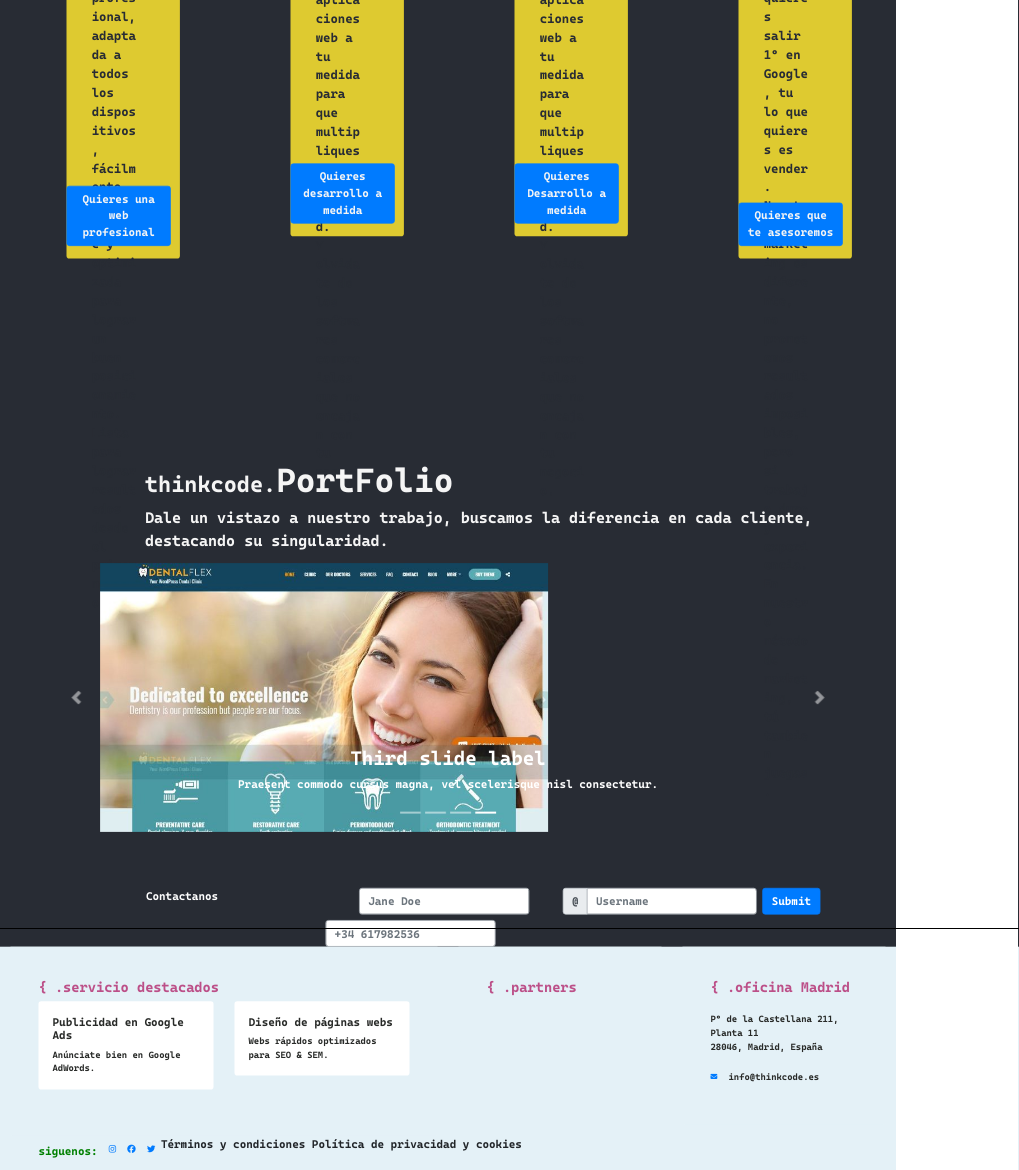
Repository: banchiec/thinkcode
Page: /
These files come from the project's save history. The page is drawn as it stood at one moment and after the next save; the edit follows.
The browser window is 1280 px wide. The page is 1455 px wide, so the pictures cover 1455 px, including what lies to the right of the window. The pictures show the part of the page from y = 1579 to 3259 px (the page is 3251 px tall before and 3259 px after), at 70% of full size.
Some web libraries are served in a nearby version. The project was rebuilt for these pictures with package versions that can differ from the ones it lists, and the page was loaded fresh each time. A package was used in the major version that the imports need, not the one package.json lists. Also part of the build but not shown: src/components/MenuItems.js, src/components/Dropdownthink.css, src/components/Dropdownthink.js, src/components/pages/Consulting.js, src/components/pages/ContactUs.js, src/components/pages/Marketing.js, src/components/pages/Products.js, src/components/pages/Services.js and 1 more. Imported but missing from the stored project, and not drawn on this page: src/components/sliderInfo/SliderInfo.

Above is the page before, as saved 2020-11-30 14:36:44.

### public/index.html
<!DOCTYPE html>
<html lang="en">
  <head>
    <meta charset="utf-8" />
    <link rel="icon" href="%PUBLIC_URL%/favicon.ico" />
    <meta name="viewport" content="width=device-width, initial-scale=1" />
    <meta name="theme-color" content="#000000" />
    <meta
      name="description"
      content="Web site created using create-react-app"
    />
    <link rel="apple-touch-icon" href="%PUBLIC_URL%/logo192.png" />

    <!-- fontawesome -->
    <script src="https://kit.fontawesome.com/e7a02c1b14.js" crossorigin="anonymous"></script>
    <!-- jquery -->
    <script src="https://code.jquery.com/jquery-2-2.0.min.js"></script>
    <!--
      manifest.json provides metadata used when your web app is installed on a
      user's mobile device or desktop. See https://developers.google.com/web/fundamentals/web-app-manifest/
    -->
    <link rel="manifest" href="%PUBLIC_URL%/manifest.json" />
    <!--
      Notice the use of %PUBLIC_URL% in the tags above.
      It will be replaced with the URL of the `public` folder during the build.
      Only files inside the `public` folder can be referenced from the HTML.

      Unlike "/favicon.ico" or "favicon.ico", "%PUBLIC_URL%/favicon.ico" will
      work correctly both with client-side routing and a non-root public URL.
      Learn how to configure a non-root public URL by running `npm run build`.
    -->
    <title>React App</title>
  </head>
  <body>
    <noscript>You need to enable JavaScript to run this app.</noscript>
    <div id="root"></div>
    <!--
      This HTML file is a template.
      If you open it directly in the browser, you will see an empty page.

      You can add webfonts, meta tags, or analytics to this file.
      The build step will place the bundled scripts into the <body> tag.

      To begin the development, run `npm start` or `yarn start`.
      To create a production bundle, use `npm run build` or `yarn build`.
    -->


  </body>
</html>

### src/index.css
body {
  margin: 0;
  font-family: -apple-system, BlinkMacSystemFont, 'Segoe UI', 'Roboto', 'Oxygen',
    'Ubuntu', 'Cantarell', 'Fira Sans', 'Droid Sans', 'Helvetica Neue',
    sans-serif;
  -webkit-font-smoothing: antialiased;
  -moz-osx-font-smoothing: grayscale;
}

code {
  font-family: source-code-pro, Menlo, Monaco, Consolas, 'Courier New',
    monospace;
}
@font-face{
  font-family: 'CascadiaCode-Bold';
  src: local('CascadiaCode-Bold'), url(./fonts/CascadiaCode-Bold.ttf)
}

### src/App.js
import './App.css';
// import logo_thinkcode from './logo_thinkcode.png'
import React, {} from 'react'
import 'animate.css'
import Navbarthink from './components/Navbarthink'
import InfoSection from './components/infoSection/InfoSection'
import Pricing from './components/pricing/Pricing'
import Footer from './components/footer/Footer'
import Slide from './components/slide/Slide'
import FormContact from './components/forms/FormContact'
import {BrowserRouter as Router, Switch, Route} from 'react-router-dom'


// import Button  from 'react-bootstrap/Button'
// import 'bootstrap/dist/css/bootstrap.min.css'

// import {Navbar,Button, Nav , NavLink} from 'react-bootstrap'

import Consulting from './components/pages/Consulting'
import ContactUs from './components/pages/ContactUs'
import Home from './components/pages/Home'
import Marketing from './components/pages/Marketing'
import Products from './components/pages/Products'
import Services from './components/pages/Services'
import SignUp from './components/pages/SignUp'
// import InfoSection from './components/infoSection/InfoSection';

function App() {

  // const [click, setClick] = useState(false)
  // const [dropdown, setDropdown] = useState(false)




  return (
    <div className="App">
      <Router>
        <Navbarthink/>
        <Switch>
          <Route path='/consulting' exact component ={Consulting}></Route>
          <Route path='/contact-us' exact component ={ContactUs}></Route>
          <Route path='/' exact component ={Home}></Route>
          <Route path='/marketing' exact component ={Marketing}></Route>
          <Route path='/products' exact component ={Products}></Route>
          <Route path='/services' exact component ={Services}></Route>
          <Route path='/sign-up' exact component ={SignUp}></Route>
        </Switch>
        <InfoSection></InfoSection>
        <Pricing></Pricing>
        <Slide/>
        <FormContact></FormContact>
        <Footer/>
      </Router>

    </div>
  );
}

export default App;

### src/App.css
*{
  box-sizing: border-box;
  margin: 0;
  padding: 0;
  font-family: CascadiaCode-Bold;
  /* background: #282c34 ; */
  /* background: linear-gradient(90deg, rgb(76, 80, 88) 100%, rgb(8, 8, 9) 0%); */
}

.App {
  text-align: center;
  background: #282c34 ;
}

.App-logo {
  height: 40vmin;
  pointer-events: none;
}

.home, .services, .products,.contact-us,.sign-up, .marketing, .consulting{
  display: flex;
  height: 90vh;
  align-items: center;
  justify-content: center;
  font-size: 3rem;
}





@media (prefers-reduced-motion: no-preference) {
  .App-logo {
    animation: App-logo-spin infinite 20s linear;
  }
}

.App-header {
  background-color: #282c34;
  min-height: 100vh;
  display: flex;
  flex-direction: column;
  align-items: center;
  justify-content: center;
  font-size: calc(10px + 2vmin);
  color: white;
}

.App-link {
  color: #61dafb;
}

@keyframes App-logo-spin {
  from {
    transform: rotate(0deg);
  }
  to {
    transform: rotate(360deg);
  }
}

### src/components/Navbarthink.js
import React, { useState} from 'react'
import logo_thinkcode from '../images/logo_thinkcode.png'
// import logo_thinkcode from '../images/logo_thinkcode.png'
import { Buttonthink} from './Buttonthink'
import {Link} from 'react-router-dom'
import './Navbarthink.css'
import Dropdownthink from './Dropdownthink'

export default function Navbarthink(){
    const [click, setClick] = useState(false)
    const [dropdown, setDropdown] = useState(false)

    const handleClick = () => setClick(!click)
    const closeMobileMenu = () => setClick(false)

    const onMouseEnter = () =>{
        if(window.innerWidth < 960) {
        setDropdown(false)
        } else {
        setDropdown(true)
        }
    }
    const onMouseLeave = () =>{
        if(window.innerWidth < 960) {
        setDropdown(false)
        } else {
        setDropdown(false)
        }
    }

    return(
        <>
            <nav className="navbarthink">
                <Link to='/' className="navbar-logo">
                    {/* thinkcode */}
                    <img alt="" src={logo_thinkcode} width="300" height="40"></img>
                </Link>
                <div className='menu-icon' onClick={handleClick}>
                    <i className={click ? 'fas fa-times' : 'fas fa-bars'}
                    />
                </div>
                <ul className={ click ? 'nav-menu active' : 'nav-menu'}>

                    <li className='nav-item'>
                        <Link to='/' className='nav-links' onClick={closeMobileMenu}>
                            Home
                        </Link>
                    </li>
                    <li className='nav-item'
                        onMouseEnter={onMouseEnter}
                        onMouseLeave={onMouseLeave}
                        // onClick={handleClick}
                        >
                        <Link to='/services' className='nav-links' onClick={closeMobileMenu}>
                           Services
                           <i className='fas fa-caret-down' />
                        </Link>
                        {dropdown && <Dropdownthink/>}
                    </li>
                    <li className='nav-item'>
                        <Link to='/products' className='nav-links' onClick={closeMobileMenu}>
                            Products
                        </Link>
                    </li>
                    <li className='nav-item'>
                        <Link to='/contact-us' className='nav-links' onClick={closeMobileMenu}>
                           Contact Us
                        </Link>
                    </li>
                    <li className='nav-item'>
                        <Link to='/sign-up' className='nav-links-mobile' onClick={closeMobileMenu}>
                           Sign up
                        </Link>
                    </li>

                </ul>
                <Buttonthink />
            </nav>
        </>
    )

}

### src/components/infoSection/InfoSection.js
import React from 'react'
// import {AlltextInfoSection} from './AlltextInfoSection'
import imagensvg3 from '../../images/imagensvg3.svg'
import 'bootstrap/dist/css/bootstrap.min.css'
import './infoSection.css'
import {Col, Container,Row,} from 'react-bootstrap'

export default function InfoSection() {

    return (
            <Container fluid  className="content-infoSection">
                <Row>
                    {
                        // AlltextInfoSection.map((item,index) => {
                        //     return (
                        //         <Row>
                        //         <Col  md={6} lg={6} >
                        //             {/* <h1 key={index}>{item.firstTitle}</h1> */}
                        //             <div className="content-text-infoSection">
                        //                 <h2 >{item.firstTitle}<span className="text-title-infoSection animate__animated animate__fadeInLeft animate__delay-1s">{item.secundTitle}</span></h2>
                        //                 <p className="text-infoSection">{item.text}</p>
                        //             </div>
                        //         </Col>
                        //         <Col  md={6} lg={6}  >
                        //             <img  className="imagensvg-infoSection" alt="" src={imagensvg3}></img>
                        //         </Col>
                        //         </Row>
                        //     )
                        // })
                    }

                    <Col  md={6} lg={6} >
                        <div className="content-text-infoSection">
                            <h2 >thinkcode.<span className="text-title-infoSection animate__animated animate__fadeInLeft animate__delay-1s">developers</span></h2>
                            <p className="text-infoSection">Diseño y desarrollo de aplicaciones y páginas web para tu negocio o proyecto.
                            Disfrutamos mucho con lo que hacemos, compruébalo.</p>
                        </div>
                    </Col>
                    <Col  md={6} lg={6}  >
                        <img  className="imagensvg-infoSection" alt="" src={imagensvg3}></img>
                    </Col>

                </Row>

            </Container >
            // <Container fluid  className="content-infoSection">
            //     <Row>
            //         <Col  md={6} lg={6} >
            //             <div className="content-text-infoSection">
            //                 <h2 >thinkcode.<span className="text-title-infoSection animate__animated animate__fadeInLeft animate__delay-1s">developers</span></h2>
            //                 <p className="text-infoSection">Diseño y desarrollo de aplicaciones y páginas web para tu negocio o proyecto.
            //                 Disfrutamos mucho con lo que hacemos, compruébalo.</p>
            //             </div>
            //         </Col>
            //         <Col  md={6} lg={6}  >
            //             <img  className="imagensvg-infoSection" alt="" src={imagensvg3}></img>
            //         </Col>

            //     </Row>

            // </Container >
    )
}

### src/components/forms/FormContact.js
import React from 'react'
import { Container, Col, Row, Form, InputGroup,Button, FormControl } from 'react-bootstrap'

export default function FormContact() {
    return (
        <div>
            <Container >
                <Row>
                    <Col lg ={4} md={4}>
                        <div className="text-contactanos text-white">
                            Contactanos
                        </div>
                    </Col>
                    <Col lg={8} className ="container-form" md={8}>
                        <Form inline>
                            <Form.Label htmlFor="inlineFormInputName2" className="" srOnly>
                                Name
                            </Form.Label>
                            <Form.Control
                                className="mb-2 mr-sm-5 ml-5"
                                id="inlineFormInputName2"
                                placeholder="Jane Doe"
                            />
                            <Form.Label htmlFor="inlineFormInputGroupUsername2" srOnly>
                                Username
                            </Form.Label>
                            <InputGroup className="mb-2 mr-sm-2">
                                <InputGroup.Prepend>
                                <InputGroup.Text>@</InputGroup.Text>
                                </InputGroup.Prepend>
                                <FormControl id="inlineFormInputGroupUsername2" placeholder="Username" />
                            </InputGroup>
                            <Button type="submit" className="mb-2">
                                Submit
                            </Button>
                        </Form>
                        <Form inline>
                            <Form.Label htmlFor="inlineFormImputName3" srOnly>
                                phone
                            </Form.Label>
                            <Form.Control
                                id="inlineFormImputName3"
                                placeholder="+34 617982536"
                            />
                            <Form.Label htmlFor="inlineFormInputGroupUsername3" srOnly>
                                Web & comentarios
                            </Form.Label>
                        </Form>
                    </Col>
                </Row>

            </Container>

        </div>
    )
}

### src/components/pages/Home.js
import React,{useEffect} from 'react'
import '../sliderInfo/SliderInfo'

export default function Home() {

    useEffect(()=>{
    })
    return (
        <div>
            {/* <InfoSection></InfoSection> */}
            {/* <Pricing></Pricing> */}
            {/* <Slide/> */}
            {/* <Footer/> */}

           {/* <h1 className='consulting' >Thinkcode</h1> */}
        </div>
    )
}

### src/components/Buttonthink.js
import React  from 'react'
import './Buttonthink.css'
import {Link} from 'react-router-dom'

export function Buttonthink() {
        return (
            <Link to ='sing-up'>
               <button className='btnthink'>Sign think </button>
            </Link>
        )
}

### src/components/Navbarthink.css
.navbarthink{
  /* background: linear-gradient(9deg, rgb(66, 80, 88) 0%, rgb(8, 8, 9) 100%); */
  background: #282c34;

  height: 80px;
  display: flex;
  justify-content: center;
  align-items: center;
  font-size: 1.2rem;
}

.navbar-logo {
  color: #fff;
  justify-self: start;
  margin-left: 40px;
  cursor: pointer;
  text-decoration: none;
}

.fa-firstdraft {
  margin-left: 0.5rem;
  font-size: 1.6rem;
}

.nav-menu {
  display: grid;
  grid-template-columns: repeat(5, auto);
  grid-gap: 10px;
  list-style: none;
  text-align: center;
  width: 70vw;
  justify-content: end;
  margin-right: 2rem;
}

.nav-item {
  display: flex;
  align-items: center;
  height: 80px;
}

.nav-links {
  color: white;
  text-decoration: none;
  padding: 0.5rem 1rem;
}

.nav-links:hover {
  background-color: #1888ff;
  border-radius: 4px;
  transition: all 0.2s ease-out;
}

.fa-bars {
  color: #fff;
}

.nav-links-mobile {
  display: none;
}

.menu-icon {
  display: none;
}

@media screen and (max-width: 960px) {
  /* .text-propuesta {
    margin-top: 12rem;
  } */

  .fa-caret-down {
    display: none;
  }
  .NavbarItems {
    position: relative;
  }

  .nav-menu {
    display: flex;
    flex-direction: column;
    width: 100%;
    height: 90vh;
    position: absolute;
    top: 80px;
    left: -100%;
    opacity: 1;
    transition: all 0.9s ease;
  }

  .nav-menu.active {
    background: #2a2c30;
    left: 0;
    opacity: 1;
    transition: all 0.5s ease;
    z-index: 1;
  }

  .nav-links {
    text-align: center;
    padding: 2rem;
    width: 100%;
    display: table;
  }

  .nav-links:hover {
    background-color: #1888ff;
    border-radius: 0;
  }

  .navbar-logo {
    position: absolute;
    top: 0;
    left: 0;
    transform: translate(25%, 50%);
  }

  .menu-icon {
    display: block;
    position: absolute;
    top: 0;
    right: 0;
    transform: translate(-100%, 60%);
    font-size: 1.8rem;
    cursor: pointer;
  }

  .fa-times {
    color: #fff;
    font-size: 2rem;
  }

  .nav-links-mobile {
    display: block;
    text-align: center;
    padding: 1.5rem;
    margin: 2rem auto;
    border-radius: 4px;
    width: 80%;
    background: #1888ff;
    text-decoration: none;
    color: #fff;
    font-size: 1.5rem;
  }

  .nav-links-mobile:hover {
    background: #fff;
    color: #1888ff;
    transition: 250ms;
  }

  button {
    display: none;
  }
}

### src/components/infoSection/infoSection.css
.content-infoSection {
    /* padding: 0; */
    margin-top: 150px;
    background: #282c34 ;
    height: 700px;
    /* border: 1px solid rebeccapurple; */
}
.content-text-infoSection {
    margin-left: 12rem;
    margin-top: 8rem;
    text-align: start;
    /* border: 0; */
    /* padding: 0; */
    /* border: 1px solid whitesmoke; */
    color: whitesmoke;
}
.imagensvg-infoSection {
    padding: 0;
    /* border-right: 5px; */
    width: 800px;

}
.text-title-infoSection{
    font-size: 3rem;
    /* size: 12px; */
}
.text-infoSection {
    font-size: 22px;
}
@media screen and (max-width: 960px) {
    .content-infoSection {
        margin-top: 0px;
    }
    .text-infoSection{
        margin-top: 3rem;
        margin-left: 1rem;
        margin-right: 1rem;
    }
    .imagensvg-infoSection{
        margin-top: 5rem;
        width: 500px;
    }
    .content-text-infoSection {
        margin-left: 1rem;
    }
    .text-propuesta {
        margin-top: 15rem;
    }

}

### src/components/pricing/Pricing.css
.container-pricing {
    /* background-color: whitesmoke; */
    /* border: 1px solid white; */
    /* height:  800px; */
    background: linear-gradient(90deg, rgb(76, 80, 88) 100%, rgb(66, 66 66) 0%);
    /* z-index: -1; */
}
.container-card{
    padding-top: 4rem;
    align-content: center;
    padding: auto;
    text-align: start;
    /* height: 600px; */
    /* background-color: violet; */
    /* color: transparent; */
}
.card-pricing {
    /* width: 34rem; */
    margin-left: 5rem;
    background: #deca30;
    /* background: #3b4454; */
    /* background: linear-gradient(90deg, rgb(224, 242, 241) 0%, rgb(255, 255, 255) 100%); */
    margin-right: 3rem;
    height: 52rem;
}
.card-left {
    margin-top: 4rem;
}
.card-right {
    margin-top: 4rem;
}
.card-button {
    /* margin-top: 3rem; */
    /* margin-left: 13rem; */
    position: absolute;
    right: 13px;
    bottom: 18px;
    color: whitesmoke;
}
.text-card {
    padding-top: 1.5rem;
    padding-left: 1rem;
    padding-right: 2.5rem;
    color: #282c34;
    font-size: 18px;
}
.image-pricing {
    height: 15rem;
    width: 80%;
    align-self: center;
}
.title-card {
    /* padding-top: 0.2rem; */
    padding-left: 1rem;
    color: #282c34;
    font-size: 28px;
}
.text-propuesta {
    margin: 0 0.5rem;
    animation: bounce;
    animation-duration: 2s;
    color: whitesmoke;
    font-size: 3rem;
}

@media screen and (max-width: 960px){
    .text-propuesta{
        margin-top: 12rem;
    }
}

### src/components/footer/Footer.css
.container-footer {
    border: 0;
    /* padding: 0; */
    /* border: 1px solid green; */
    height: auto;
    background: #e4f1f7;
}
.card{
    /* padding-bottom: 22px; */
    border: 0;
    /* background: white; */
    text-align: left;
    font-size: small;
    width: auto;
    /* background: #deca30; */
}
.card-footer {
    padding-top: 10px;
    padding-bottom: 22px;
    border: 0;
    color: #282a28;
    background: #e4f1f7;
}
.text-card-footer  {
    padding: 0;
    margin-top: 1.5rem;
    font-size: small;
    text-align: start;
}
.title-footer{
    text-align: left;
    font-size: medium;
}
.title-card-footer {
    margin-top: 1rem;
    text-align: left;
    color: #bc4f88;
}
.pin-ic{
    margin-top: 12px;
    margin: 8px;
    position:center;
}

.pin-ic-enveloped{
    margin-top: 12px;
    /* margin: 8px; */
    margin-right: 1rem;
    position:center;
}
.iconos-redes-sociales{
    position: relative;
    margin-left: 2.5rem;
}
.text-siguenos{
    margin-top: 10px;
    margin-right: 8px;
    color: green;

}

### src/components/slide/Slide.css
.container-slider {
    margin-top: 10rem;
    border-top: 5rem;
    margin-bottom: 5rem;
}
.d-block {
    margin-left: 8rem;
    width: 40rem;
    height: 24rem;
    /* border:1px solid green; */
}

.container-secundary-slider .d-block {
    width: 20rem;
    height: 12rem;
    margin-left: 2rem;


}
.carousel-large {
    width: 100%;
}
@media screen and (max-width: 960px) {
    .d-block {
        margin-left: auto;
    }

}

### src/components/Buttonthink.css
:root{
    --primary: #1888ff;
}
.btnthink{
    padding: 8px 20px;
    border-radius: 4px;
    outline: none;
    border: none;
    font-size: 18px;
    color: #fff;
    cursor: pointer;
    background-color: var(--primary);
}
.btnthink:hover {
    padding: 6px 18px;
    transition: all 1.5s ease-out;
    background-color: transparent;
    color: #2a2a2a;
    border-radius: 4px;
    border: 2px solid var(--primary)
}

Loaded but not shown: src/index.js (common file); src/components/footer/Footer.js (102 lines, source omitted); src/components/pricing/Pricing.js (84 lines, source omitted); src/components/slide/Slide.js (84 lines, source omitted)

After the next save:
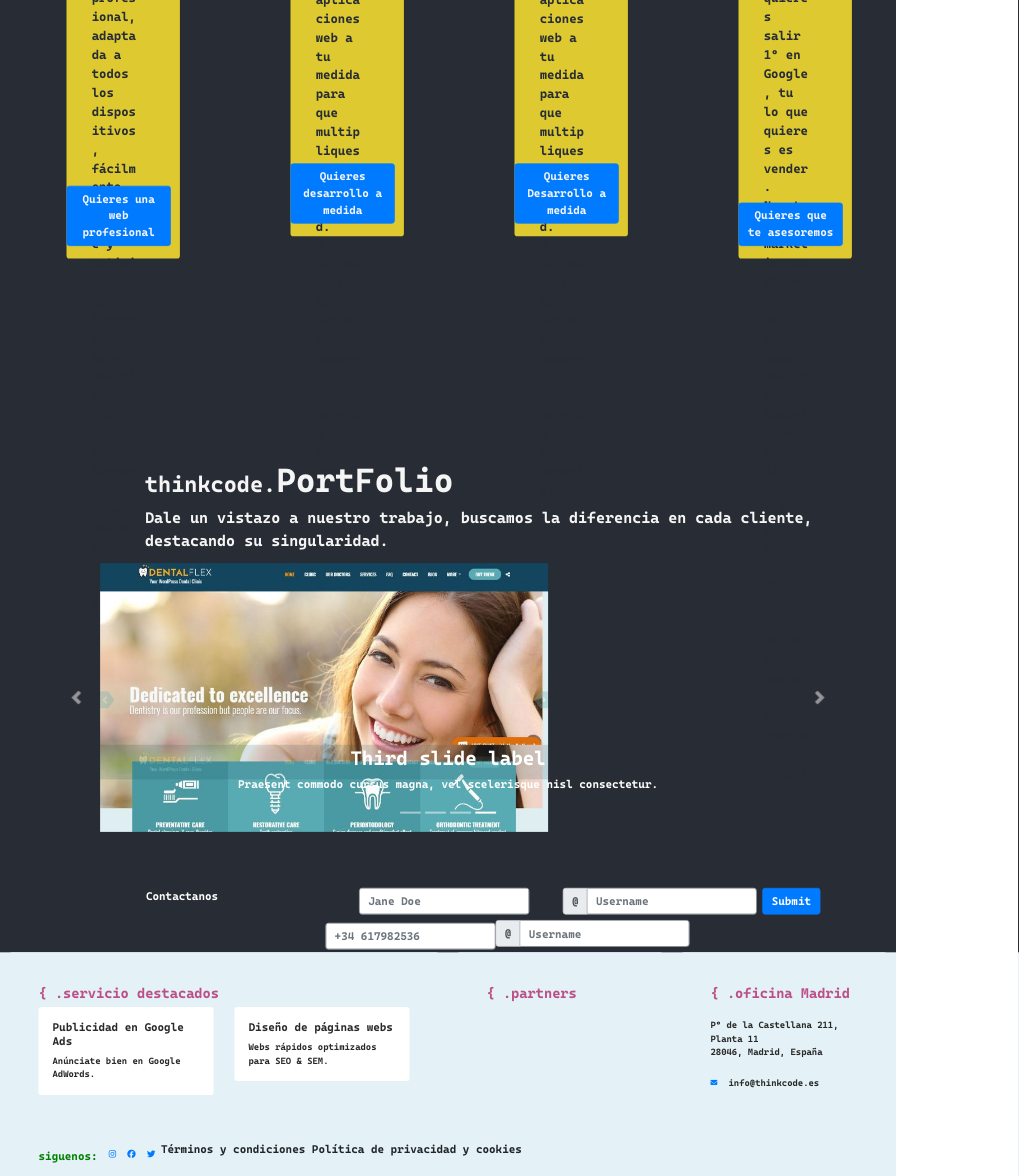
Saved 54 s later.
--- a/src/components/forms/FormContact.js
+++ b/src/components/forms/FormContact.js
@@ -45,6 +45,13 @@ export default function FormContact() {
                             <Form.Label htmlFor="inlineFormInputGroupUsername3" srOnly>
                                 Web & comentarios
                             </Form.Label>
+                            <InputGroup className="mb-2 mr-sm-2">
+                                <InputGroup.Prepend>
+                                <InputGroup.Text>@</InputGroup.Text>
+                                </InputGroup.Prepend>
+                                <FormControl id="inlineFormInputGroupUsername2" placeholder="Username" />
+                            </InputGroup>
+
                         </Form>
                     </Col>
                 </Row>
